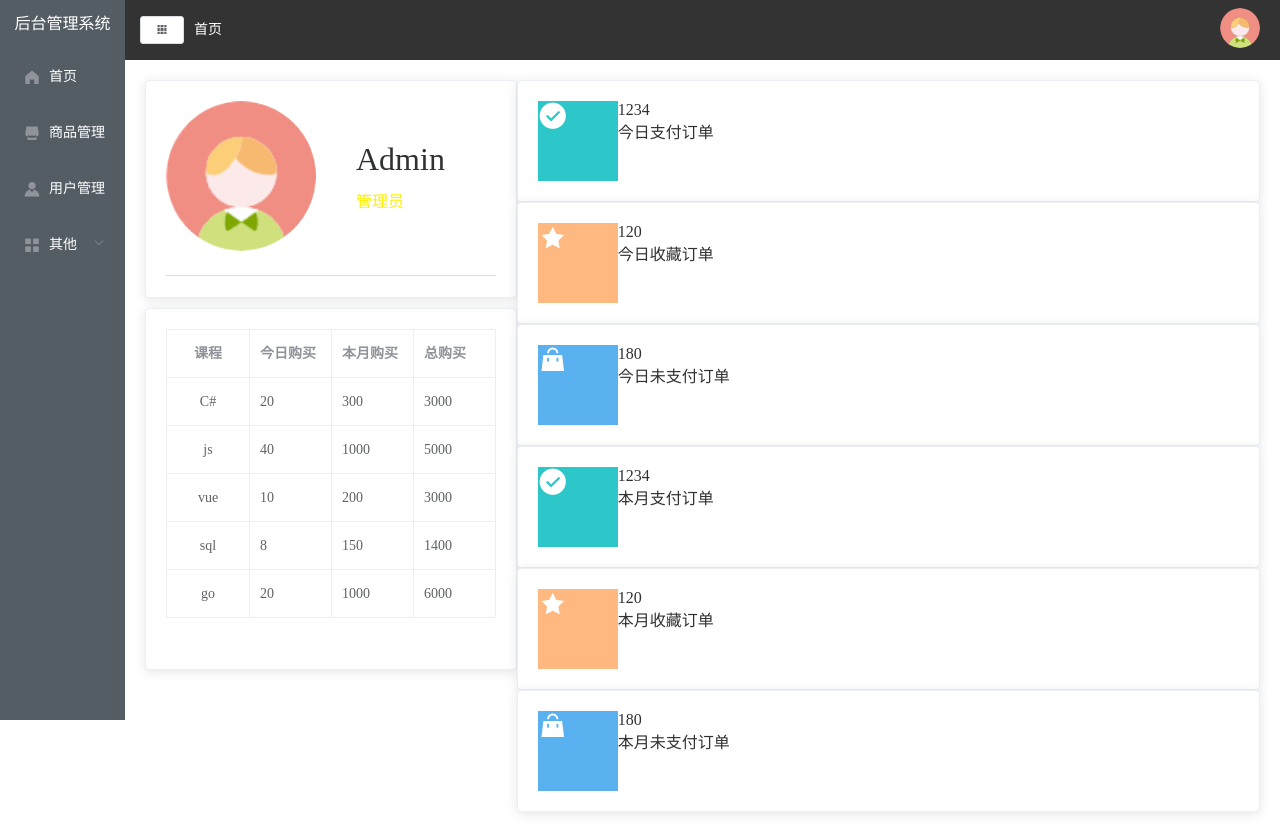
Repository: tkqi/manage
Page: /
An editor plug-in stored every save of this project. The page is shown before and after the next save, followed by the edit.
The browser window is 1280 px wide. The pictures show the whole page.
The project was rebuilt for these pictures with package versions that can differ from the ones it lists, and the page was loaded fresh each time. Also part of the build but not shown: vue.config.js.

Above is the page before, as saved 2023-12-06 11:08:33.

### src/main.js
import Vue from 'vue'
import App from './App.vue'
import router from './router'
import store from './store'
import ElementUI from 'element-ui';
import 'element-ui/lib/theme-chalk/index.css';

Vue.config.productionTip = false
Vue.use(ElementUI);

new Vue({
  router,
  store,
  render: h => h(App)
}).$mount('#app')

### src/App.vue
<template>
  <div id="app">
    <!-- 路由出口 -->
    <router-view />
  </div>
</template>

<script>
export default {
  name: 'App'
}
</script>

<style lang="less">
html,
body,
h3,
p {
  margin: 0;
  padding: 0;
}
</style>

### src/router/index.js
import Vue from 'vue'
import VueRouter from 'vue-router'
import routes from './routes'
Vue.use(VueRouter)


const router = new VueRouter({
  routes: routes
})

// 暴露router实例
export default router

### src/store/index.js
import Vue from 'vue'
import Vuex from 'vuex'
import tab from './tab.js'

Vue.use(Vuex)

const store = new Vuex.Store({
  state: {

  },
  getters: {
  },
  mutations: {
  },
  actions: {
  },
  modules: {
    tab
  }
})

export default store;

### src/router/routes.js
export default [
    // 主路由
    {
        path: '/',
        component: () => import('../views/Main.vue'),
        redirect: '/home',// 重定向
        // 子路由
        children: [
            {
                // 首页
                path: '/home',
                // 路由组件懒加载
                component: () => import('../views/Home.vue')
            },
            {
                // 用户管理
                path: '/user',
                component: () => import('../views/User.vue')
            },
            {
                // 商品管理
                path: '/mall',
                component: () => import('../views/Mall.vue')
            },
            {
                // 其他/页面1
                path: '/page1',
                component: () => import('../views/Page1.vue')
            },
            {
                // 其他/页面2
                path: '/page2',
                component: () => import('../views/Page2.vue')
            },
        ]
    },
    {
        path: '/home',
        // 路由组件懒加载
        component: () => import('../views/Home.vue')
    },
    {
        path: '/user',
        component: () => import('../views/User.vue')
    }
]

### src/store/tab.js
// 菜单相关数据
export default {
    state: {
        isCollapse: false
    },
    getters: {
        getisCollapse: (state) => state.isCollapse
    },
    mutations: {
        EDITIsCollapse(state){
            state.isCollapse = !state.isCollapse;
        }
    }
}

### src/views/Main.vue
<!-- eslint-disable vue/multi-word-component-names -->
<template>
    <div>
        <el-container>
            <el-aside width="auto">
                <sidebar />
            </el-aside>
            <el-container>
                <el-header>
                    <topbar />
                </el-header>
                <el-main>
                    <transition>
                        <keep-alive>
                            <router-view />
                        </keep-alive>
                    </transition>
                </el-main>
            </el-container>
        </el-container>
    </div>
</template>

<script>
import sidebar from '../components/sidebar.vue'
import topbar from '../components/topbar.vue';
export default {
    components: {
        sidebar,
        topbar
    }
}
</script>

<style lang="less" scoped>
.el-header {
    padding: 0;
    margin: 0;
}
</style>

### src/views/Home.vue
<!-- eslint-disable vue/multi-word-component-names -->
<template>
    <el-row>
        <el-col :span="8">
            <div>
                <el-card class="box-card">
                    <div class="user">
                        <img class="img" src="../assets/img/user-default.png" alt="">
                        <div class="user-info">
                            <P class="name">Admin</P>
                            <p class="access">管理员</p>
                        </div>
                    </div>
                    <el-divider></el-divider>
                    <div class="login-info">
                        <p>上次登录时间: <span>2023-12-03</span></p>
                        <p>上次登录地点: <span>绍兴</span></p>
                    </div>
                </el-card>
                <el-card class="table">
                    <el-table :data="tableData" border style="width: 100%">
                        <el-table-column prop="course" label="课程" :min-width="30" width="auto" align="center">
                        </el-table-column>
                        <el-table-column prop="buytoday" label="今日购买" :min-width="30" width="auto">
                        </el-table-column>
                        <el-table-column prop="buythemonth" label="本月购买" :min-width="30" width="auto">
                        </el-table-column>
                        <el-table-column prop="buyall" label="总购买" :min-width="30" width="auto">
                        </el-table-column>
                    </el-table>
                </el-card>
            </div>
        </el-col>
        <el-col :span="16">
            <div class="buy">
                <el-card v-for="(item, index) in countData" :key="index" :body-style="{display:'flex'}">
                    <i class="icon" :class="`el-icon-${item.icon}`" :style="{background:item.color}"></i>
                    <div>
                        <p>{{ item.value }}</p>
                        <p>{{ item.label }}</p>
                    </div>
                </el-card>
            </div>
        </el-col>
    </el-row>
</template>

<script>
export default {
    data() {
        return {
            tableData: [
                {
                    course: 'C#',
                    buytoday: 20,
                    buythemonth: 300,
                    buyall: 3000
                },
                {
                    course: 'js',
                    buytoday: 40,
                    buythemonth: 1000,
                    buyall: 5000
                },
                {
                    course: 'vue',
                    buytoday: 10,
                    buythemonth: 200,
                    buyall: 3000
                },
                {
                    course: 'sql',
                    buytoday: 8,
                    buythemonth: 150,
                    buyall: 1400
                },
                {
                    course: 'go',
                    buytoday: 20,
                    buythemonth: 1000,
                    buyall: 6000
                }
            ],
            countData:[
                {
                    label:'今日支付订单',
                    value:1234,
                    color:'#2ec7c9',
                    icon:'success'
                },
                {
                    label:'今日收藏订单',
                    value:120,
                    color:'#ffb980',
                    icon:'star-on'
                },
                {
                    label:'今日未支付订单',
                    value:180,
                    color:'#5ab1ef',
                    icon:'s-goods'
                },
                {
                    label:'本月支付订单',
                    value:1234,
                    color:'#2ec7c9',
                    icon:'success'
                },
                {
                    label:'本月收藏订单',
                    value:120,
                    color:'#ffb980',
                    icon:'star-on'
                },
                {
                    label:'本月未支付订单',
                    value:180,
                    color:'#5ab1ef',
                    icon:'s-goods'
                }
            ]
        }
    }
}
</script>
<style lang="less" scoped>
.box-card {
    height: 30vh;
    .user {
        display: flex;
        align-items: center;
        padding-right: 0px;

        .user-info {
            .name {
                font-size: 32px;
                margin-bottom: 10px;
            }

            .access {
                color: #fff000;
            }
        }

        img {
            height: 150px;
            width: 150px;
            border-radius: 50%;
            margin-right: 40px;
        }
    }
}

.login-info {
    line-height: 25px;

    p {
        font-size: 12px;

        span {
            font-size: 12px;
            margin-left: 50px;
        }
    }
}

.table {
    margin-top: 10px;
    height: 50vh;
    el-table{
        height: 100%;
    }
}

.icon{
    width: 80px;
    height: 80px;
    font-size: 30px;
    color: #fff;
}
</style>

### src/components/sidebar.vue
<!-- eslint-disable vue/multi-word-component-names -->
<template>
    <el-menu class="menu" @open="handleOpen" @close="handleClose" :collapse="isCollapse" background-color="#545c64"
        text-color="#fff" active-text-color="#ffd04b">
        <h3>{{ !isCollapse?'后台管理系统':'后台' }}</h3>
        <el-menu-item v-for="item in noChildren" :key="item.name" :index="item.name" @click="clickMenu(item)">
            <i :class="`el-icon-${item.icon}`"></i>
            <span slot="title">{{ item.label }}</span>
        </el-menu-item>
        <el-submenu v-for="item in hasChildren" :key="item.label" :index="item.label">
            <template slot="title">
                <i :class="`el-icon-${item.icon}`"></i>
                <span slot="title">{{ item.label }}</span>
            </template>
            <el-menu-item-group v-for="subitem in item.children" :key="subitem.name">
                <el-menu-item :index="subitem.name" @click="clickSubmenu(subitem)">
                    <!-- <template slot="title"> -->
                    <i :class="`el-icon-${subitem.icon}`"></i>
                    <span slot="title">{{ subitem.name }}</span>
                    <!-- </template> -->
                </el-menu-item>
            </el-menu-item-group>
        </el-submenu>
    </el-menu>
</template>

<script>
export default {
    computed: {
        // 无子菜单
        noChildren() {
            return this.menuData.filter(o => !o.children);
        },
        // 有子菜单
        hasChildren() {
            return this.menuData.filter(o => o.children);
        },
        isCollapse() {
           return this.$store.state.tab.isCollapse;
        }
    },
    data() {
        return {
            // 使用store实时改变属性需要定义到computed
            // isCollapse: this.$store.getters('getisCollapse'),
            menuData: [
                {
                    path: '/',
                    name: 'home',
                    label: "首页",
                    icon: 's-home',
                    url: 'Home/Home'
                },
                {
                    path: '/mall',
                    name: 'mall',
                    label: "商品管理",
                    icon: 's-shop',
                    url: 'MallManage/MallManage'
                },
                {
                    path: '/user',
                    name: 'user',
                    label: "用户管理",
                    icon: 's-custom',
                    url: 'UserManage/UserManage'
                },
                {
                    label: '其他',
                    icon: 'menu',
                    children: [
                        {
                            path: '/page1',
                            name: 'page1',
                            label: "页面1",
                            icon: 's-claim',
                            url: 'Other/PageOne'
                        },
                        {
                            path: '/page2',
                            name: 'page2',
                            label: "页面2",
                            icon: 's-claim',
                            url: 'Other/PageTwo'
                        },
                    ]
                }
            ]
        };
    },
    methods: {
        handleOpen(key, keyPath) {
            console.log(key, keyPath);
        },
        handleClose(key, keyPath) {
            console.log(key, keyPath);
        },
        clickMenu(item) {
            console.log(this.$router.currentRoute.path);
            // 判断当前路由于点击链接的路由不一致才跳转
            if (item.path != this.$route.path && !(this.$route.path == '/home' && item.path == '/'))
                this.$router.push(item.path);
        },
        clickSubmenu(subitem) {
            // 判断当前路由于点击链接的路由不一致才跳转
            if (subitem.path != this.$route.path)
                this.$router.push(subitem.path);
        }
    }
}
</script>

<style lang="less" scoped>
.el-menu-vertical-demo:not(.el-menu--collapse) {
    width: 200px;
    min-height: 400px;
}

.menu {
    height: 100vh;
    border-right:0;
    h3 {
        color: rgb(255, 255, 255);
        text-align: center;
        line-height: 48px;
        font-size: 16px;
        font-weight: 400;
    }
}
</style>

### src/components/topbar.vue
<!-- eslint-disable vue/multi-word-component-names -->
<template>
    <div class="head-container">
        <div class="l-content">
            <el-button icon="el-icon-s-grid" size="mini" @click="changeCollapse()"/>
            <!-- 面包屑 -->
            <span class="text">首页</span>
        </div>
        <div class="r-content">
            <el-dropdown>
                <span class="el-dropdown-link">
                    <img class="img" src="../assets/img/user-default.png" alt="">
                </span>
                <el-dropdown-menu slot="dropdown">
                    <el-dropdown-item>个人中心</el-dropdown-item>
                    <el-dropdown-item>退出</el-dropdown-item>
                </el-dropdown-menu>
            </el-dropdown>
        </div>
    </div>
</template>

<script>
export default {
    data(){
        return{

        }
    },
    methods:{
        changeCollapse(){
            console.log(1);
            this.$store.commit('EDITIsCollapse');
        }
    }
}
</script>

<style lang="less" scoped>
.head-container {
    background-color: #333;
    height: 60px;
    display: flex;
    justify-content: space-between;
    align-items: center;
    padding-left: 15px;
    padding-right: 20px;
}

// .l-content {
//     padding-left: 15px;
// }

// .r-content {}

.text {
    color: white;
    font-size: 14px;
    padding-left: 10px;
}

.img{
    height: 40px;
    width: 40px;
    border-radius: 50%;
}
</style>

Loaded but not shown: public/index.html (common file)

After the next save:
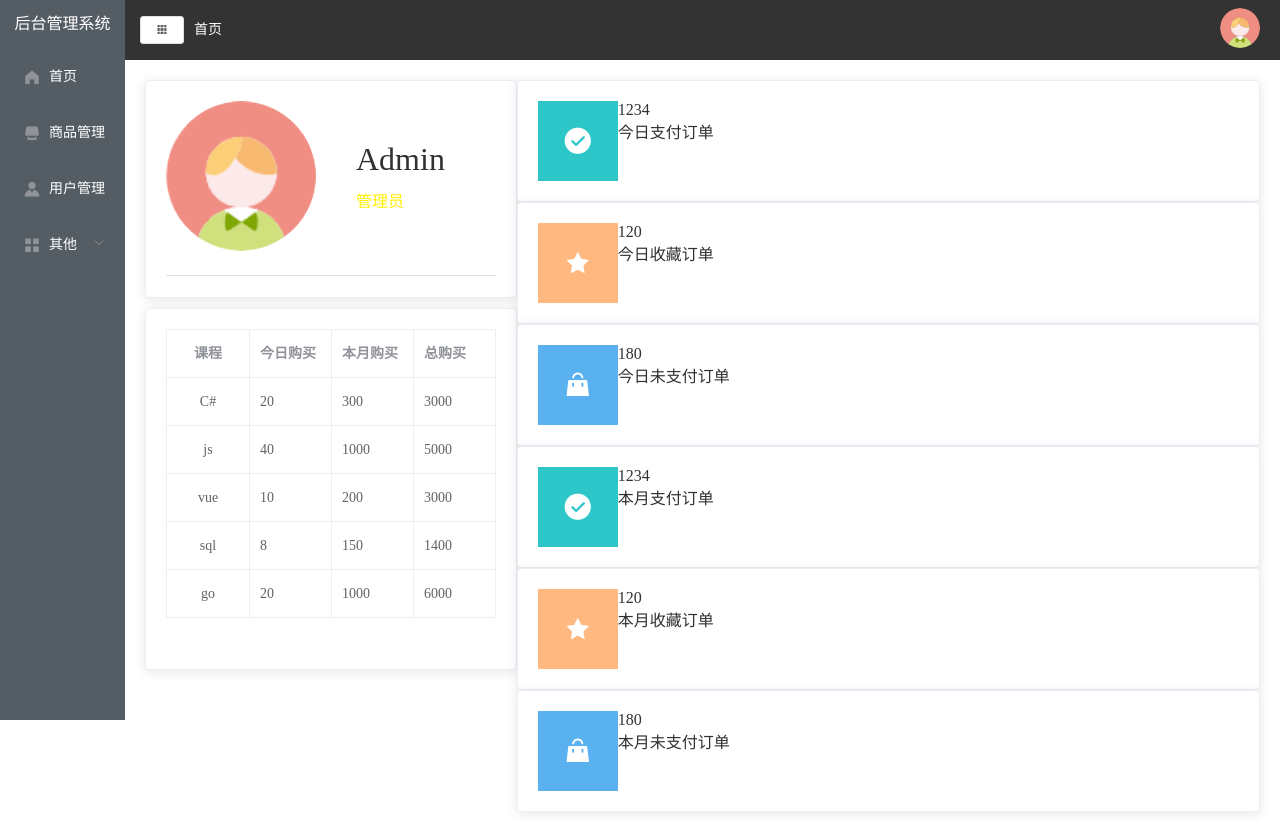
Saved 50 s later.
--- a/src/views/Home.vue
+++ b/src/views/Home.vue
@@ -33,8 +33,8 @@
         </el-col>
         <el-col :span="16">
             <div class="buy">
-                <el-card v-for="(item, index) in countData" :key="index" :body-style="{display:'flex'}">
-                    <i class="icon" :class="`el-icon-${item.icon}`" :style="{background:item.color}"></i>
+                <el-card v-for="(item, index) in countData" :key="index" :body-style="{ display: 'flex' }">
+                    <i class="icon" :class="`el-icon-${item.icon}`" :style="{ background: item.color }"></i>
                     <div>
                         <p>{{ item.value }}</p>
                         <p>{{ item.label }}</p>
@@ -81,42 +81,42 @@ export default {
                     buyall: 6000
                 }
             ],
-            countData:[
+            countData: [
                 {
-                    label:'今日支付订单',
-                    value:1234,
-                    color:'#2ec7c9',
-                    icon:'success'
+                    label: '今日支付订单',
+                    value: 1234,
+                    color: '#2ec7c9',
+                    icon: 'success'
                 },
                 {
-                    label:'今日收藏订单',
-                    value:120,
-                    color:'#ffb980',
-                    icon:'star-on'
+                    label: '今日收藏订单',
+                    value: 120,
+                    color: '#ffb980',
+                    icon: 'star-on'
                 },
                 {
-                    label:'今日未支付订单',
-                    value:180,
-                    color:'#5ab1ef',
-                    icon:'s-goods'
+                    label: '今日未支付订单',
+                    value: 180,
+                    color: '#5ab1ef',
+                    icon: 's-goods'
                 },
                 {
-                    label:'本月支付订单',
-                    value:1234,
-                    color:'#2ec7c9',
-                    icon:'success'
+                    label: '本月支付订单',
+                    value: 1234,
+                    color: '#2ec7c9',
+                    icon: 'success'
                 },
                 {
-                    label:'本月收藏订单',
-                    value:120,
-                    color:'#ffb980',
-                    icon:'star-on'
+                    label: '本月收藏订单',
+                    value: 120,
+                    color: '#ffb980',
+                    icon: 'star-on'
                 },
                 {
-                    label:'本月未支付订单',
-                    value:180,
-                    color:'#5ab1ef',
-                    icon:'s-goods'
+                    label: '本月未支付订单',
+                    value: 180,
+                    color: '#5ab1ef',
+                    icon: 's-goods'
                 }
             ]
         }
@@ -126,6 +126,7 @@ export default {
 <style lang="less" scoped>
 .box-card {
     height: 30vh;
+
     .user {
         display: flex;
         align-items: center;
@@ -167,15 +168,18 @@ export default {
 .table {
     margin-top: 10px;
     height: 50vh;
-    el-table{
+
+    el-table {
         height: 100%;
     }
 }
 
-.icon{
+.icon {
     width: 80px;
     height: 80px;
     font-size: 30px;
     color: #fff;
+    text-align: center;
+    line-height: 80px;
 }
 </style>
